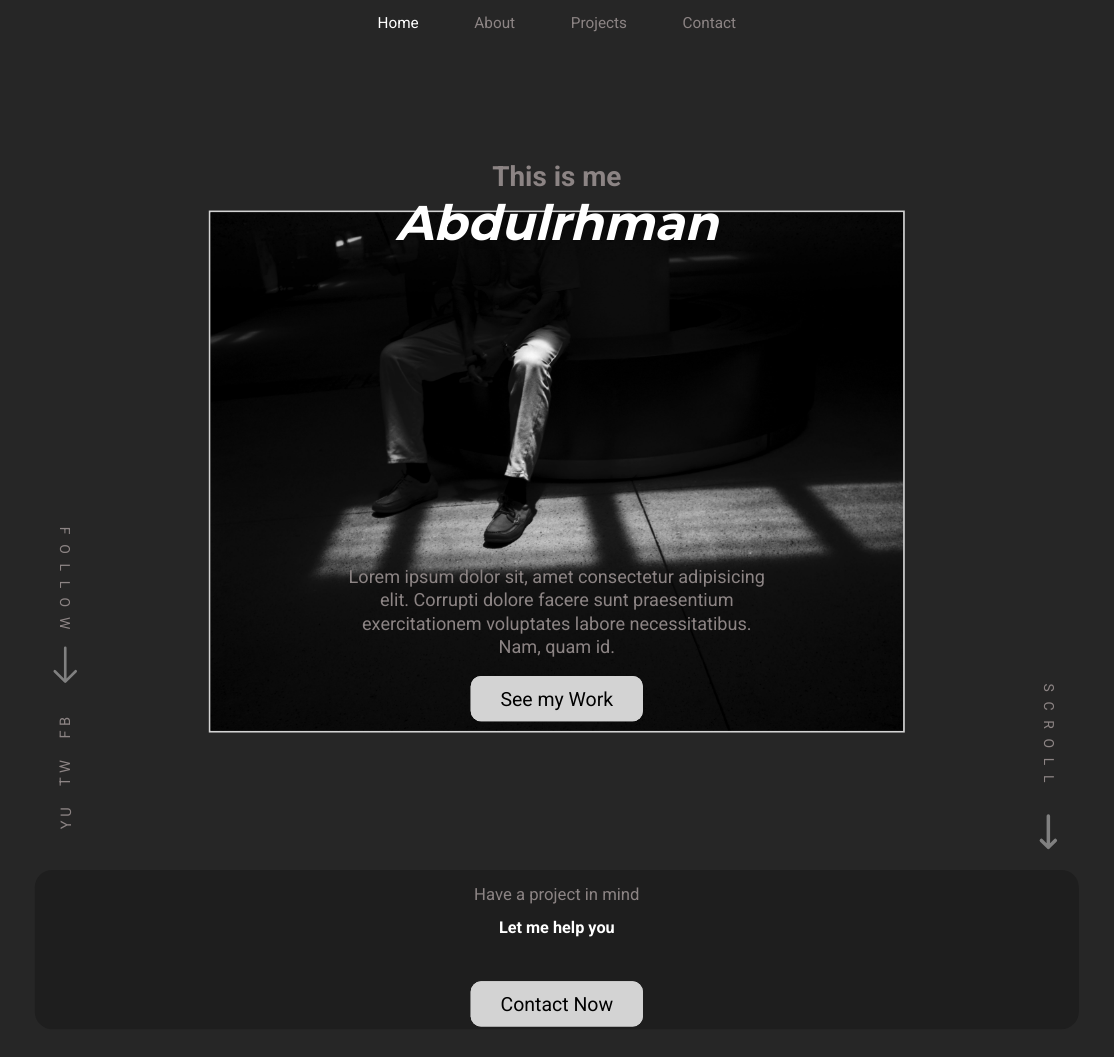
Repository: Abdoulrhman-altyeb/React-Typescript
Page: /
The author's editor kept a copy of each file at every save. The page is drawn from the files as they stood at one save, then again after the next save.
The browser window is 1280 px wide. The pictures show the whole page, at 87% of full size.
The project was rebuilt for these pictures with package versions that can differ from the ones it lists, and the page was loaded fresh each time. Also part of the build but not shown: src/Pages/Contact.tsx, src/Pages/About.tsx, src/Pages/Projects.tsx.

Above is the page before, as saved 2021-05-18 15:55:11.

### public/index.html
<!DOCTYPE html>
<html lang="en">

<head>
  <meta charset="utf-8" />
  <meta name="viewport" content="width=device-width, initial-scale=1" />
  <meta name="theme-color" content="#000000" />
  <meta name="description" content="IT Guys Community" />
  <link rel="preconnect" href="https://fonts.gstatic.com">
  <link href="https://fonts.googleapis.com/css2?family=Roboto:wght@300;400;500;700&display=swap" rel="stylesheet">
  <link rel="preconnect" href="https://fonts.gstatic.com">
<link href="https://fonts.googleapis.com/css2?family=Montserrat:wght@200;300;400;500;700&display=swap" rel="stylesheet">
  <title>App Lab</title>
</head>

<body>
  <noscript>You need to enable JavaScript to run this app.</noscript>
  <div id="root"></div>
</body>

</html>

### src/index.tsx
import ReactDOM from "react-dom";
import App from "./App";
import './assits/styles/style.css'

ReactDOM.render(<App/>,document.getElementById("root"));

### src/App.tsx
import React from "react";
import NavBar from './components/NavBar';
import { BrowserRouter as Router, Route, Switch } from 'react-router-dom'
import Home from "./Pages/Home";
import Contact from "./Pages/Contact";
import About from "./Pages/About";
import Projects from "./Pages/Projects";


const App: React.FC = () => {



  return (
    <>
      <Router>
        <NavBar />
        <Switch>
          <Route  path='/' exact>
            <Home />
          </Route>
          <Route path="/contact">
            <Contact />
          </Route>
          <Route path='/about'>
            <About />
          </Route>
          <Route path='/projects'>
              <Projects/>
          </Route>
        </Switch>
      </Router>
    </>
  )
}

export default App;

### src/assits/styles/style.css
* {
    padding:0;
    margin:0;
    box-sizing:border-box;
}

body {
    background:#262626;
    color:white;
    font-family: 'Roboto', sans-serif;
}
img,svg{
    width: 100%;
    height:100%;
    object-fit: cover;
}
.container {
    width:90%;
    max-width:1200px;
    margin: 0 auto;
}

.hero__img {
    height:600px;
}
ul {
    list-style: none;
}
p, h1, span {
    color:#8c8484
}
a {
    text-decoration: none;
    color:#8c8484;
    font-size:0.8rem;
}

### src/components/NavBar.tsx
import React,{useState} from 'react';
import styled from 'styled-components';
import { NavLink } from 'react-router-dom';
import { BiMenu, BiX } from 'react-icons/bi';


const NavBar: React.FC = () => {

    const [isActive, setIsActive] = useState<boolean>(false);

    return (
        <NavBarContainer>
            <div className="hamburgerMenu"
                onClick={() => setIsActive(!isActive)}
                role='button'
                tabIndex={0}
                onKeyDown={() => setIsActive(!isActive)}
            >
                <BiMenu/>
            </div>
            <ul className={isActive ? 'ListItems' : 'ListItems hide-items'}>
                <div className='closeMenu'
                    onClick={() => setIsActive(!isActive)}
                    role='button'
                    tabIndex={0}
                    onKeyDown={() => setIsActive(!isActive)}
                >
                    <BiX/>
                </div>
                <li>
                    <NavLink to='/' exact>
                     Home
                    </NavLink>
                </li>
                <li>
                    <NavLink to="/about">
                        About
                    </NavLink>
                </li>
                <li>
                    <NavLink to='projects'>
                        Projects
                    </NavLink>
                </li>
                <li>
                    <NavLink to='contact'>
                        Contact
                    </NavLink>
                </li>
            </ul>
        </NavBarContainer>
    )
}

const NavBarContainer = styled.nav`
    position: fixed;
    z-index:100;
    top:0;
    left:0;
    background-color:#262626;
    font-family: 'Roboto', sans-serif;
    width:100%;
    ul {
        width:90%;
        max-width:1200px;
        justify-content:center;
        text-align:center;
        margin:0 auto;
        border-radius:12px;
    }
    li {
        display:inline-block;
        cursor:pointer;
    }
    a {
        display:inline-block;
        padding:1rem 2rem;
        font-size:1.1rem;
        color:#8c8484;
        transition:0.3s ease color;
        /* &:hover {
            color:#726f6f;
        } */
    }
    .active {
        color:white;
    }

    .hamburgerMenu {
        font-size:2rem;
        position:absolute;
        top:1rem;
        right:1rem;
        color:white;
        display:none;
        * {
            pointer-events:none;
        }
    }
    .closeMenu{
        display:none;
    }
    @media only screen and (max-width:768px) {
        .hide-items{
            transform: translateY(calc(-100% - 1rem))
        }
        .hamburgerMenu{
            display:block;
        }
        .ListItems {
            width:80%;
            max-width:230px;
            position:absolute;
            top:1rem;
            right:1rem;
            background:#1E1E1E;
            padding:1rem;
            transition: 0.3s ease transform;

            .closeMenu {
                color:white;
                font-size:1.5rem;
                width:1rem;
                margin: 0 0 0 auto;
                cursor: pointer;
                display:block;
                *{
                    pointer-events:none;
                }
            }
        }
        li {
            display:block;
            margin-bottom:1rem;
        }
        a {
            /* padding:1rem; */
            padding:0.2rem;
            outline:none;
        }
    }
`;



export default NavBar;

### src/Pages/Home.tsx
import ContactButton from '../components/ContactButton'
import HeroSection from '../components/HeroSection'

const Home: React.FC = () => {
    return (
        <>
            <HeroSection />
            <ContactButton />
        </>
    )
}

export default Home;

### src/components/ContactButton.tsx
import React from 'react';
import Button from './Button';
import styled from 'styled-components';

const ContactButton: React.FC = () => {
    return (
        <STYLEDIV>
            <p>Have a project in mind</p>
            <h3>Let me help you</h3>
            <Button btnLink='/Contact' btnText='Contact Now' outline={false}/>
        </STYLEDIV>
    )
}

const STYLEDIV = styled.div`
    max-width:1200px;
    width:100%;
    background:#1E1E1E;
    margin:0 auto;
    border-radius: 20px;
    text-align:center;
    padding:1rem;
    margin-bottom:2rem;
    p{
        margin-bottom:1rem;
        font-size:1.2rem;
    }
    h3{
        margin-bottom:2rem;
    }
`;

export default ContactButton;

### src/components/HeroSection.tsx
import React from 'react';
import hero from '../assits/images/hero.jpg';
import Button from './Button';
import PaText from './PaText';
import { BsArrowDown } from 'react-icons/bs';
import { HiOutlineArrowNarrowDown } from 'react-icons/hi';
import styled from 'styled-components';

const HeroSection: React.FC = () => {
    return (
        <STYLEDHERO>
            <div className="hero">
                <div className="container">
                    <h1 className="hero__header">
                        <span>This is me</span>
                        <span className='hero__name'>Abdulrhman</span>
                    </h1>
                    <div className="hero__img">
                        <img src={hero} alt="" />
                    </div>
                    <div className="hero__info">
                        <PaText>
                            <p>Lorem ipsum dolor sit, amet consectetur adipisicing elit. Corrupti dolore facere sunt praesentium exercitationem voluptates labore necessitatibus. Nam, quam id.</p>
                        </PaText>
                        <Button btnLink='/projects' btnText='See my Work' outline={false} />
                    </div>
                    <div className="hero__social">
                        <div className="hero__social__indcator">
                            <p>Follow</p>
                            <BsArrowDown className='icon'/>
                        </div>
                        <div className="hero__social__text">
                            <ul>
                                <li>
                                    <a href="https://facebook.com" rel='noreferrer'>FB</a>
                                </li>
                                <li>
                                    <a href="https://twitter.com" rel='noreferrer'>TW</a>
                                </li>
                                <li>
                                    <a href="https://youtube.com" rel='noreferrer'>YU</a>
                                </li>
                            </ul>
                        </div>
                    </div>
                    <div className="hero__scroll">
                        <p>Scroll</p>
                        <HiOutlineArrowNarrowDown className='icon'/>
                    </div>
                </div>
            </div>
        </STYLEDHERO>
    )
}


const STYLEDHERO = styled.div`
    .hero {
        display:flex;
        justify-content:center;
        align-items:center;
        position:relative;
        text-align:center;
        width:100%;
        min-height:1000px;
        height:100vh;
    }
    .hero__header {
        margin-bottom:-3rem;
        position:relative;
        font-size:2rem;
        span{
            display:inline-block;
            width:100%;
        }
        .hero__name{
            font-size:3.5rem;
            font-family: 'Montserrat', sans-serif;
            font-style:italic;
            color:white;
        }
    }
    .hero__img {
        border:2px solid lightgray;
        max-width:800px;
        width:100%;
        height:600px;
        margin:0 auto;
    }
    .hero__info {
        margin-top:-12rem;
    }
    .hero__social,
    .hero__scroll{
        display:flex;
        flex-direction:column;
        width:50px;
        position:absolute;
        bottom:20px;
        gap:2rem;
    }
    .hero__social{
        left:50px;
    }
    .hero__scroll{
        right:50px;
    }
    .icon {
        color:gray;
        min-height:45px;
        width:3rem;
        object-fit:content;
        align-self:center;
    }
    .hero__social{
        p{
            transform:rotate(90deg) translateX(-100px);
            letter-spacing:0.7rem;
            text-transform:uppercase
        }
    }
    .hero__scroll{
        p{
            transform:rotate(90deg) translateX(-80px);
            letter-spacing:0.7rem;
            text-transform:uppercase
        }
    }
    .hero__social__text{
        li {
            margin-bottom:1rem;
        }
        a{
            transform:rotate(-90deg);
            display:inline-block;
            font-size:1.05rem;
            letter-spacing:5px;
            margin-bottom:1rem;
        }
    }
    @media only screen and (max-width:768px) {
        .hero {
            min-height:750px;
        }
        .hero__header{
            margin-bottom:-2rem;
            font-size:1.4rem;
            .hero__name{
                font-size:3rem;
            }
        }
        .hero__img{
            height:300px;
        }
        .hero__info{
            margin-top:3rem;
        }
        .hero__social,
        .hero__scroll{
            width:25px;
            bottom:-30px;
            font-size:0.9rem;
            P{
                letter-spacing:0.5rem;
                transform:translateY(-20px) rotate(90deg)
            }
            a{
                letter-spacing:2px;
            }
        }
        .hero__social {
            gap:1rem;
            P{
                transform:translateY(-60px) rotate(90deg)
            }
        }
        .hero__social {
            left:0;
            bottom:-20%;
        }
        .hero__scroll{
            right:0;
        }
        .hero__social__text {
            a{
                margin-bottom:1rem;
                font-size:1rem;
            }
        }
        .icon{
            width:25px;
            min-height:80px;
            align-self:center;
        }
    }
`;
export default HeroSection;

### src/components/Button.tsx
import React from 'react';
import { Link } from 'react-router-dom';
import styled from 'styled-components'


const Button:React.FC<ButtonProps> = ({btnLink,btnText,outline}) => {
    return (
        <BTNSTYLE >
            <Link className='button' to={btnLink} >{btnText}</Link>
        </BTNSTYLE>
    )
}


const BTNSTYLE = styled.div`
    padding-top:2rem;
    .button{
        background:lightgray;
        padding:0.7rem 2rem;
        color:black;
        border-radius:12px;
        border:2px solid lightgray;
        cursor:pointer;
        font-size:1.4rem;
    }
    @media only screen and (max-width:768px) {
        .button{
            font-size:1.2rem;
        }
    }
`;

export default Button

### src/components/PaText.tsx
import styled from 'styled-components'

const PaText: React.FC = ({children}) => {

    return (
        <TextContainer>
            {children}
        </TextContainer>
    )
}

const TextContainer = styled.div`
    max-width:500px;
    margin:0 auto;
    line-height:1.3em;
    font-size:1.3rem;
    @media only screen and (max-width:768px) {
        font-size:1.1rem;
    }
`;

export default PaText

After the next save:
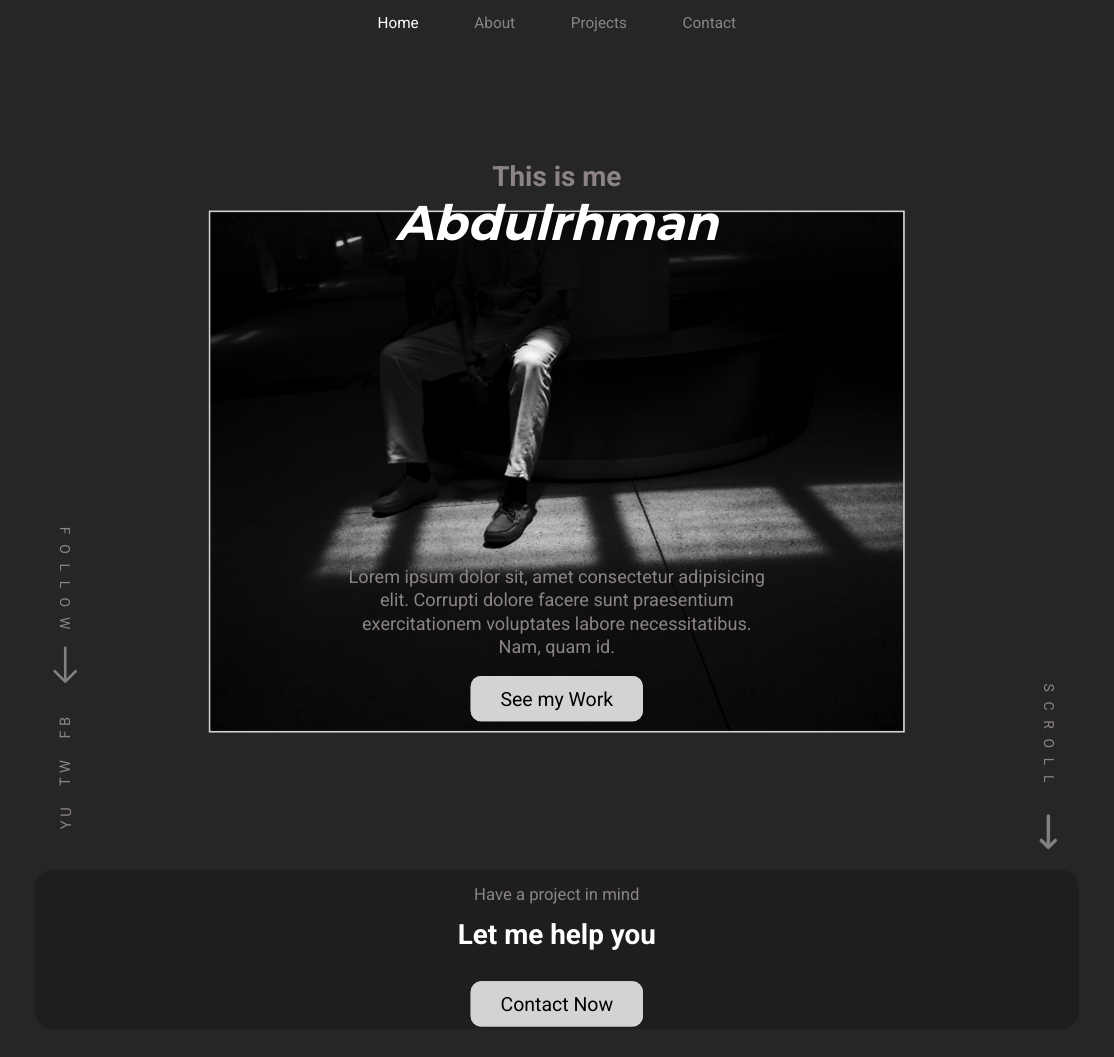
Saved 9 s later.
--- a/src/components/ContactButton.tsx
+++ b/src/components/ContactButton.tsx
@@ -26,7 +26,8 @@ const STYLEDIV = styled.div`
         font-size:1.2rem;
     }
     h3{
-        margin-bottom:2rem;
+        margin-bottom:1rem;
+        font-size:2rem;
     }
 `;
 
